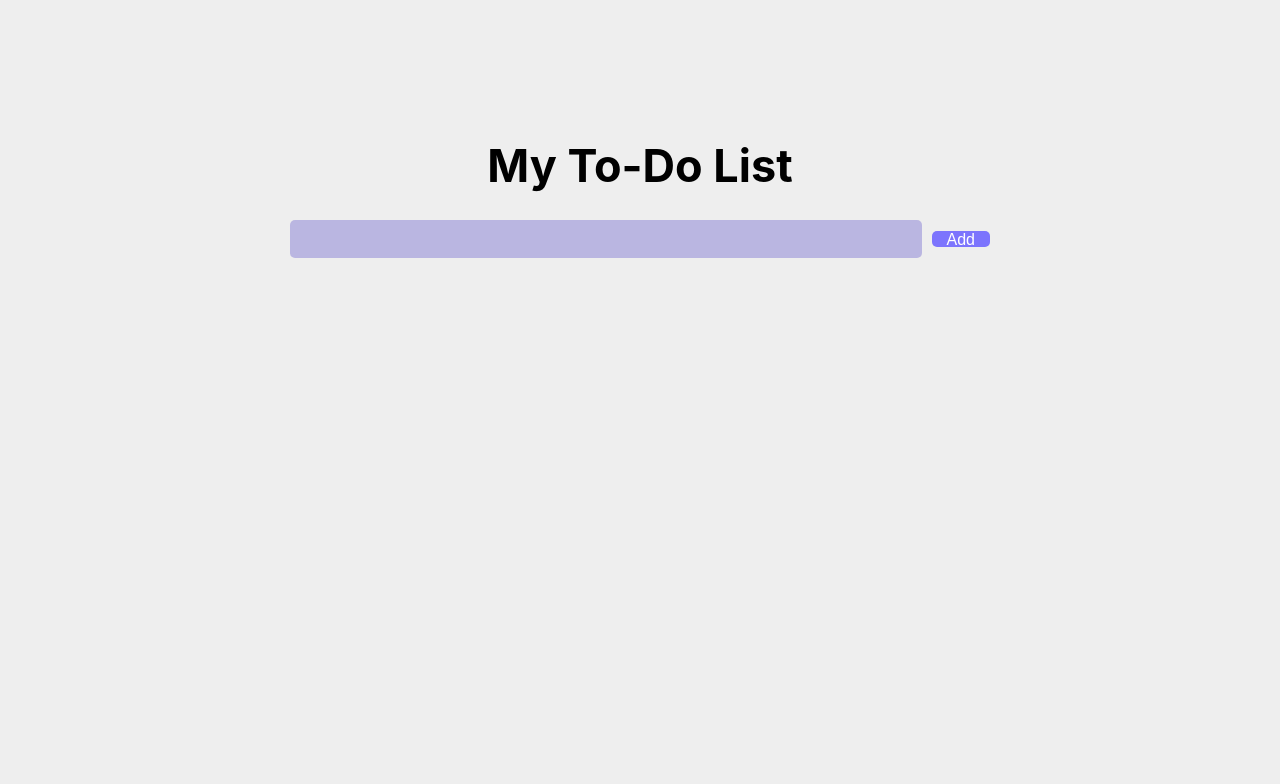
Repository: bianphang/todo-list_vanilla-js
Page: index.html
The author's editor kept a copy of each file at every save. The page is drawn from the files as they stood at one save, then again after the next save.
The browser window is 1280 px wide. The pictures show the whole page.

Above is the page before, as saved 2024-06-10 15:12:30.

After the next save:
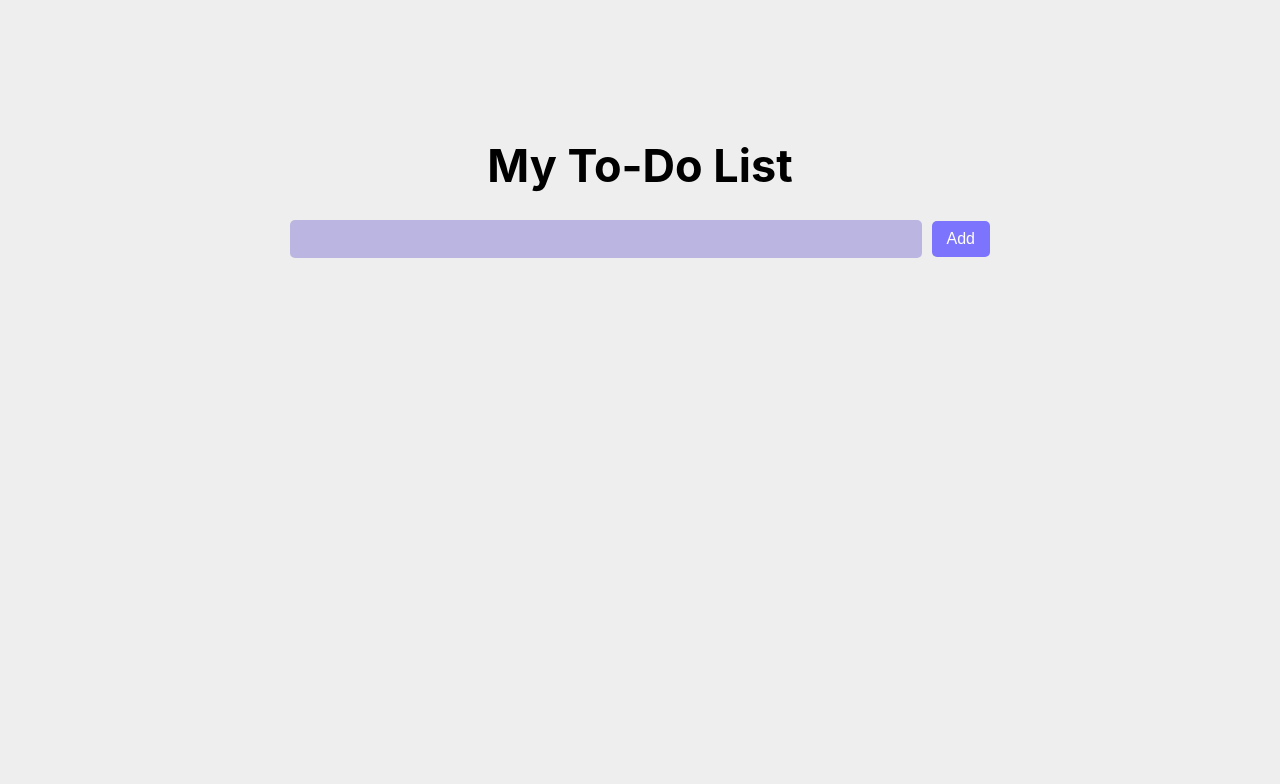
Saved 17 s later.
--- a/styles.css
+++ b/styles.css
@@ -79,7 +79,7 @@ body {
 }
 
 .btn {
-  height: 16px;
+  height: 36px;
   padding: 0 15px;
   font-size: 16px;
   color: #fff;
